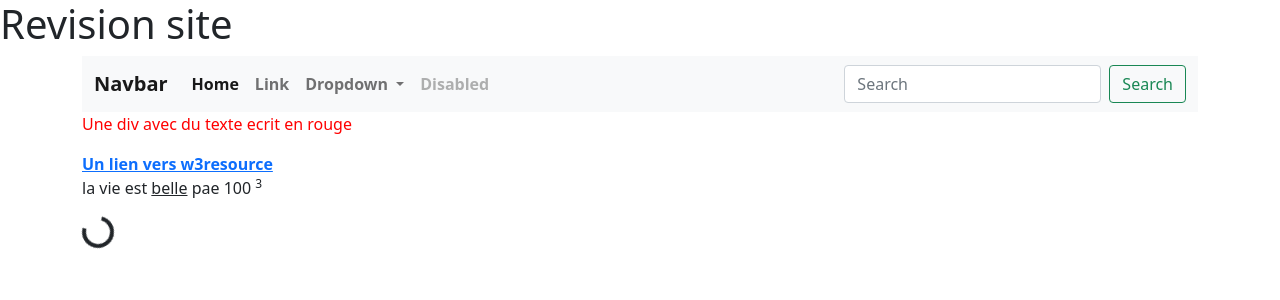
Repository: Elie-Dey/boot-start
Page: index.html
These files come from the project's save history. The page is drawn as it stood at one moment and after the next save; the edit follows.
The browser window is 1280 px wide. The pictures show the whole page.

Above is the page before, as saved 2021-08-18 23:27:57.

### index.html
<!DOCTYPE html>
<html lang="en">
  <head>
    <meta charset="UTF-8" />
    <meta http-equiv="X-UA-Compatible" content="IE=edge" />
    <meta name="viewport" content="width=device-width, initial-scale=1.0" />
    <link rel="stylesheet" href="style.css" />
    <link
      href="https://cdn.jsdelivr.net/npm/bootstrap@5.1.0/dist/css/bootstrap.min.css"
      rel="stylesheet"
      integrity="sha384-KyZXEAg3QhqLMpG8r+8fhAXLRk2vvoC2f3B09zVXn8CA5QIVfZOJ3BCsw2P0p/We"
      crossorigin="anonymous"
    />
    <title>Revision html</title>
  </head>
  <body>
    <header><h1>Revision site</h1></header>
    <div class="container">
      <nav class="navbar navbar-expand-lg navbar-light bg-light">
        <div class="container-fluid">
          <a class="navbar-brand" href="#">Navbar</a>
          <button
            class="navbar-toggler"
            type="button"
            data-bs-toggle="collapse"
            data-bs-target="#navbarSupportedContent"
            aria-controls="navbarSupportedContent"
            aria-expanded="false"
            aria-label="Toggle navigation"
          >
            <span class="navbar-toggler-icon"></span>
          </button>
          <div class="collapse navbar-collapse" id="navbarSupportedContent">
            <ul class="navbar-nav me-auto mb-2 mb-lg-0">
              <li class="nav-item">
                <a class="nav-link active" aria-current="page" href="#">Home</a>
              </li>
              <li class="nav-item">
                <a class="nav-link" href="#">Link</a>
              </li>
              <li class="nav-item dropdown">
                <a
                  class="nav-link dropdown-toggle"
                  href="#"
                  id="navbarDropdown"
                  role="button"
                  data-bs-toggle="dropdown"
                  aria-expanded="false"
                >
                  Dropdown
                </a>
                <ul class="dropdown-menu" aria-labelledby="navbarDropdown">
                  <li><a class="dropdown-item" href="#">Action</a></li>
                  <li><a class="dropdown-item" href="#">Another action</a></li>
                  <li><hr class="dropdown-divider" /></li>
                  <li>
                    <a class="dropdown-item" href="#">Something else here</a>
                  </li>
                </ul>
              </li>
              <li class="nav-item">
                <a
                  class="nav-link disabled"
                  href="#"
                  tabindex="-1"
                  aria-disabled="true"
                  >Disabled</a
                >
              </li>
            </ul>
            <form class="d-flex">
              <input
                class="form-control me-2"
                type="search"
                placeholder="Search"
                aria-label="Search"
              />
              <button class="btn btn-outline-success" type="submit">
                Search
              </button>
            </form>
          </div>
        </div>
      </nav>
      <div><p style="color: red">Une div avec du texte ecrit en rouge</p></div>

      <a href="https://www.w3resource.com/html5/article-tutorial.php">
        Un lien vers w3resource</a
      >

      <p>la vie est <ins>belle</ins> pae 100 <sup>3</sup></p>
      <div class="spinner-border" role="status">
        <span class="visually-hidden">Loading...</span>
      </div>
    </div>

    <script
      src="https://cdn.jsdelivr.net/npm/bootstrap@5.1.0/dist/js/bootstrap.bundle.min.js"
      integrity="sha384-U1DAWAznBHeqEIlVSCgzq+c9gqGAJn5c/t99JyeKa9xxaYpSvHU5awsuZVVFIhvj"
      crossorigin="anonymous"
    ></script>
  </body>
</html>

### style.css
body {
  background-color: coral;
}
a {
  font-weight: bold;
}

After the next save:
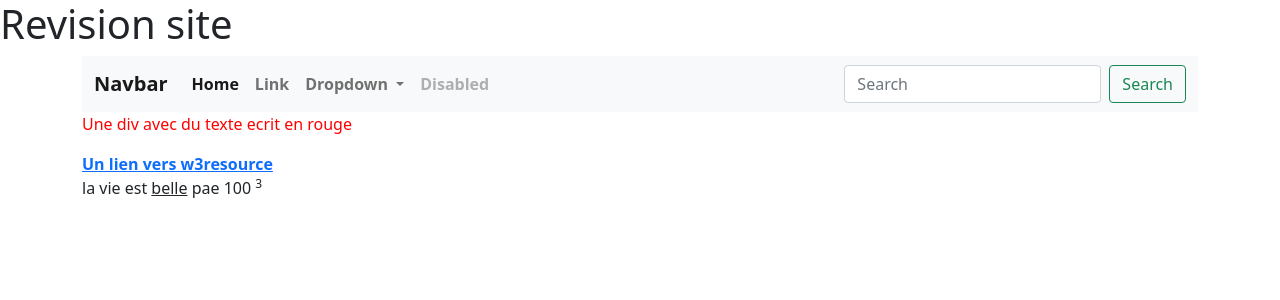
Saved 69 s later.
--- a/index.html
+++ b/index.html
@@ -89,9 +89,6 @@
       >
 
       <p>la vie est <ins>belle</ins> pae 100 <sup>3</sup></p>
-      <div class="spinner-border" role="status">
-        <span class="visually-hidden">Loading...</span>
-      </div>
     </div>
 
     <script
